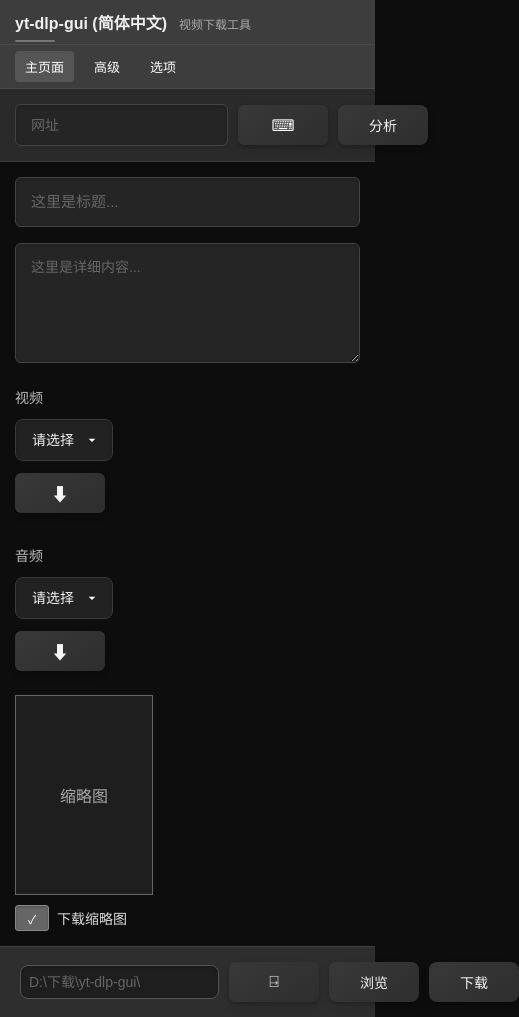
Repository: zArvin6808/yt-TubeSaver
Page: index.html
An editor plug-in stored every save of this project. The page is shown before and after the next save, followed by the edit.
The browser window is 375 px wide. The page is 519 px wide, so the pictures cover 519 px, including what lies to the right of the window. The pictures show the whole page.

Above is the page before, as saved 2025-06-07 16:58:11.

After the next save:
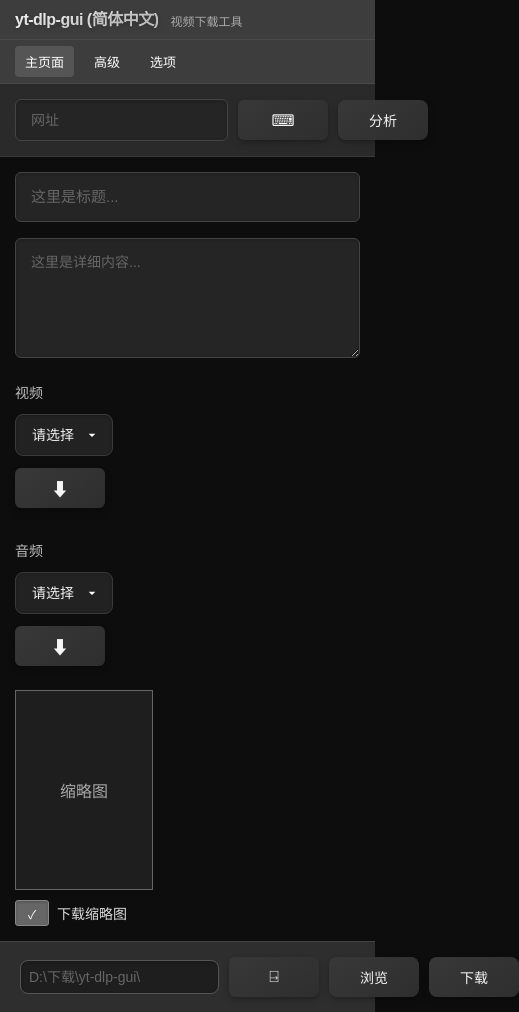
Saved 111 s later.
--- a/style.css
+++ b/style.css
@@ -614,6 +614,58 @@
       background-color: #0d0d0d;
       font-smooth: antialiased;
       -webkit-font-smoothing: antialiased;
+    }
+
+    /* 主标题美化 */
+    h1 {
+      font-size: 2.8rem;
+      font-weight: 700;
+      letter-spacing: -0.5px;
+      line-height: 1.2;
+      margin: 0 0 1.5rem;
+      background: linear-gradient(90deg, #ffffff, #cccccc);
+      -webkit-background-clip: text;
+      background-clip: text;
+      color: transparent;
+      text-shadow: 0 2px 4px rgba(0, 0, 0, 0.2);
+      position: relative;
+      display: inline-block;
+      transition: all 0.4s cubic-bezier(0.34, 1.56, 0.64, 1);
+    }
+
+    h1::after {
+      content: '';
+      position: absolute;
+      bottom: -8px;
+      left: 0;
+      width: 100%;
+      height: 3px;
+      background: linear-gradient(90deg, #555, transparent);
+      transform: scaleX(0);
+      transform-origin: right;
+      transition: transform 0.4s cubic-bezier(0.34, 1.56, 0.64, 1);
+    }
+
+    h1:hover {
+      transform: translateY(-2px);
+      text-shadow: 0 4px 8px rgba(0, 0, 0, 0.3);
+    }
+
+    h1:hover::after {
+      transform: scaleX(1);
+      transform-origin: left;
+    }
+
+    @media (max-width: 768px) {
+      h1 {
+        font-size: 2.2rem;
+      }
+    }
+
+    @media (max-width: 480px) {
+      h1 {
+        font-size: 1.8rem;
+      }
     }
 
     /* 增强的卡片样式 */

After the save that followed:
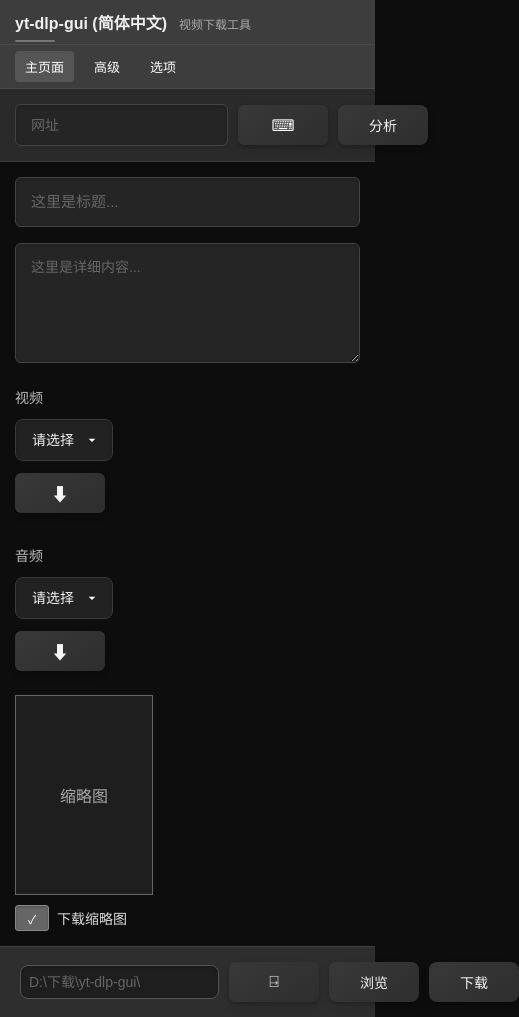
Saved 2 min 55 s later.
--- a/style.css
+++ b/style.css
@@ -616,55 +616,63 @@
       -webkit-font-smoothing: antialiased;
     }
 
-    /* 主标题美化 */
-    h1 {
-      font-size: 2.8rem;
+    /* 应用标题美化 - yt-dlp-gui (简体中文) */
+    .app-title {
+      font-family: 'Segoe UI', 'PingFang SC', 'Microsoft YaHei', sans-serif;
+      font-size: 2.5rem;
       font-weight: 700;
-      letter-spacing: -0.5px;
-      line-height: 1.2;
-      margin: 0 0 1.5rem;
-      background: linear-gradient(90deg, #ffffff, #cccccc);
+      letter-spacing: -0.3px;
+      line-height: 1.3;
+      margin: 0 0 1.2rem;
+      display: flex;
+      flex-direction: column;
+      align-items: center;
+    }
+
+    .app-title .main-text {
+      background: linear-gradient(90deg, #ff4d4d, #f9cb28);
       -webkit-background-clip: text;
       background-clip: text;
       color: transparent;
-      text-shadow: 0 2px 4px rgba(0, 0, 0, 0.2);
-      position: relative;
-      display: inline-block;
+      text-shadow: 0 2px 8px rgba(0, 0, 0, 0.2);
+      position: relative;
       transition: all 0.4s cubic-bezier(0.34, 1.56, 0.64, 1);
     }
 
-    h1::after {
-      content: '';
-      position: absolute;
-      bottom: -8px;
-      left: 0;
-      width: 100%;
-      height: 3px;
-      background: linear-gradient(90deg, #555, transparent);
-      transform: scaleX(0);
-      transform-origin: right;
-      transition: transform 0.4s cubic-bezier(0.34, 1.56, 0.64, 1);
-    }
-
-    h1:hover {
+    .app-title .sub-text {
+      font-size: 1.1rem;
+      font-weight: 500;
+      color: #aaaaaa;
+      margin-top: 0.5rem;
+      letter-spacing: 1px;
+      transition: all 0.4s ease;
+    }
+
+    .app-title:hover .main-text {
       transform: translateY(-2px);
-      text-shadow: 0 4px 8px rgba(0, 0, 0, 0.3);
-    }
-
-    h1:hover::after {
-      transform: scaleX(1);
-      transform-origin: left;
+      text-shadow: 0 4px 12px rgba(0, 0, 0, 0.3);
+    }
+
+    .app-title:hover .sub-text {
+      color: #dddddd;
+      transform: translateY(2px);
     }
 
     @media (max-width: 768px) {
-      h1 {
-        font-size: 2.2rem;
+      .app-title {
+        font-size: 2rem;
+      }
+      .app-title .sub-text {
+        font-size: 1rem;
       }
     }
 
     @media (max-width: 480px) {
-      h1 {
-        font-size: 1.8rem;
+      .app-title {
+        font-size: 1.6rem;
+      }
+      .app-title .sub-text {
+        font-size: 0.9rem;
       }
     }
 
